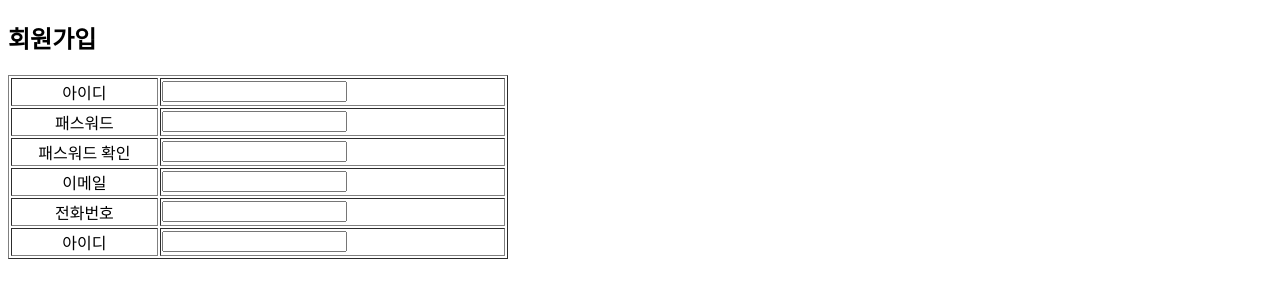
Repository: ohseung-web/OTjsp2026
Page: http://localhost/chapter/RequestJoin.jsp
These files come from the project's save history. The page is drawn as it stood at one moment and after the next save; the edit follows.
The browser window is 1280 px wide. The pictures show the whole page.
The page is served by Tomcat 9.

Above is the page before, as saved 2026-10-17 07:15:20.

After the next save:
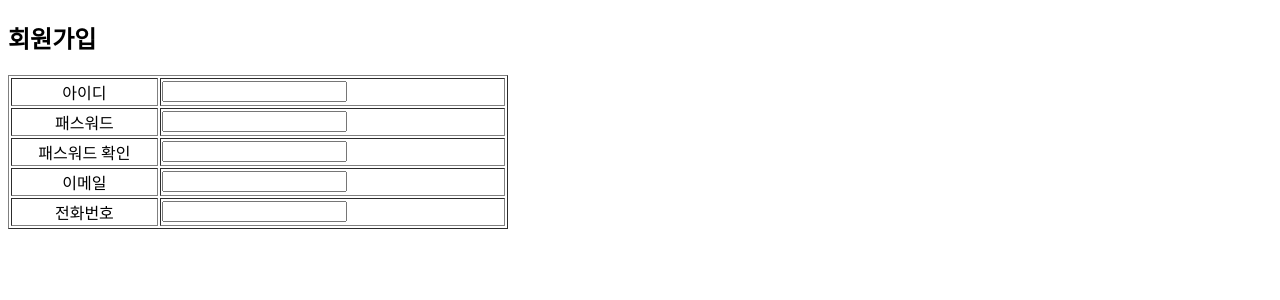
Saved 65 s later.
--- a/chapter/src/main/webapp/RequestJoin.jsp
+++ b/chapter/src/main/webapp/RequestJoin.jsp
@@ -40,12 +40,7 @@
 					<input type="tel" name="tel">
 				</td>
 			</tr>
-			<tr hight="50">
-				<td width="150" align="center">아이디</td>
-				<td width="350">
-					<input type="text" name="id">
-				</td>
-			</tr>
+
 		</table>
 
 	</form>
